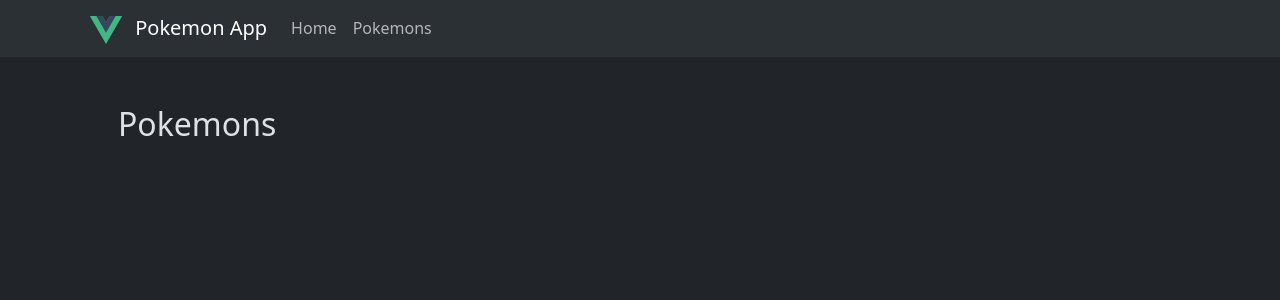
Repository: jjdevzinho/curso-vue-pinia-com-ts-poke-api
Page: /pokemons
These files come from the project's save history. The page is drawn as it stood at one moment and after the next save; the edit follows.
The browser window is 1280 px wide. The pictures show the whole page.
The page's requests for data from a server got no answer. The project was rebuilt for these pictures with package versions that can differ from the ones it lists, and the page was loaded fresh each time. No one was signed in, and anything a server would have sent is missing. Also part of the build but not shown: vite.config.ts, src/views/HomeView.vue.

Above is the page before, as saved 2024-10-13 08:36:19.

After the next save:
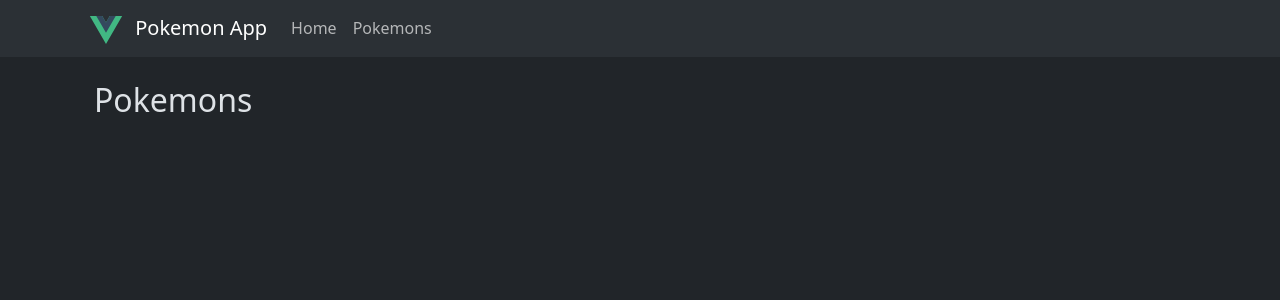
Saved 5 s later.
--- a/src/App.vue
+++ b/src/App.vue
@@ -40,7 +40,7 @@
       </div>
     </nav>
   </header>
-  <main class="container p-5">
+  <main class="container p-4">
     <RouterView />
   </main>
 </template>
